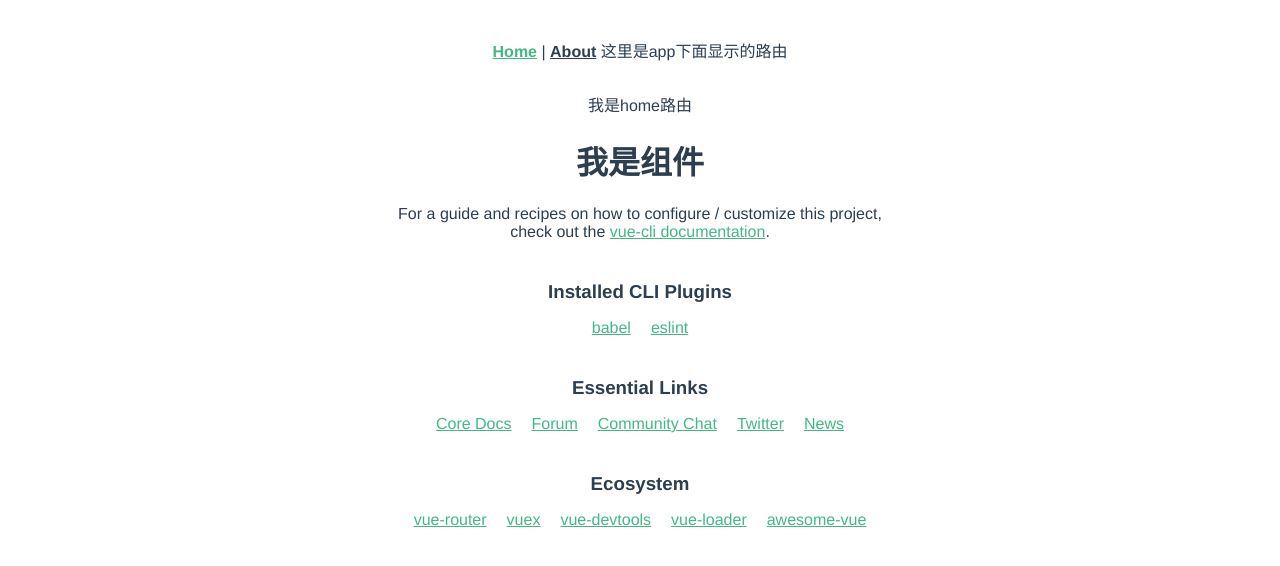
Repository: 12baby/project
Page: /
These files come from the project's save history. The page is drawn as it stood at one moment and after a run of saves; the edit follows.
The browser window is 1280 px wide. The pictures show the whole page.
The project was rebuilt for these pictures with package versions that can differ from the ones it lists, and the page was loaded fresh each time. Also part of the build but not shown: vue.config.js.

Above is the page before, as saved 2019-04-09 13:36:35.

### src/main.js
import Vue from "vue";
import App from "./App.vue";
import router from "./router";
import store from "./store";
import * as axios from "./common/Utils/Http";
Vue.config.productionTip = false;
Vue.prototype.axios = axios;
new Vue({
  router,
  store,
  render: h => h(App)
}).$mount("#app");

### src/App.vue
<template>
  <div id="app">
    <div id="nav">
      <router-link to="/">Home</router-link> |
      <router-link to="/about">About</router-link>
      这里是app下面显示的路由
    </div>
    <router-view />
  </div>
</template>

<style lang="less">
#app {
  font-family: "Avenir", Helvetica, Arial, sans-serif;
  -webkit-font-smoothing: antialiased;
  -moz-osx-font-smoothing: grayscale;
  text-align: center;
  color: #2c3e50;
}
#nav {
  padding: 30px;
  a {
    font-weight: bold;
    color: #2c3e50;
    &.router-link-exact-active {
      color: #42b983;
    }
  }
}
</style>

### src/common/Utils/Http.js
// 引用axios
import axios from "axios";


if (process.env.NODE_ENV == "production") {
  axios.defaults.baseURL = "../";
} else {
  axios.defaults.baseURL = "/api";
}

axios.interceptors.request.use(
  config => {
    // 包装请求参数
    let requestData = config.data;
    config.data = JSON.stringify(requestData);
    // console.log("request data:", config.url, config.data)
    setHeader(config);
    return config;
  },
  err => {
    return Promise.reject(err);
  }
);

/**
 * 设置header信息
 * @param config
 */
function setHeader(config) {
  let time = new Date().getTime();
  // let token = getToken();
  let token = '702_2c9d6246dfdb97065811517fb509ffa5'
  config.headers["Content-Type"] = "application/json";
  config.headers["time"] = time;
  config.headers["token"] = token;
  config.headers["sign"] = sign;
}

/**
 * fetch 请求方法
 * @param url
 * @param params
 * @returns {Promise}
 */
export function fetch(url, params = {}) {
  return new Promise((resolve, reject) => {
    axios
      .get(url, {
        params: params
      })
      .then(response => {
        resolve(response.data);
      })
      .catch(err => {
        reject(err);
      });
  });
}

/**
 * post 请求方法
 * @param url
 * @param data
 * @returns {Promise}
 */
export function post(url, data = {}) {
  return new Promise((resolve, reject) => {
    axios.post(url, data).then(
      response => {
        resolve(response.data);
      },
      err => {
        reject(err);
      }
    );
  });
}

/**
 * patch 方法封装
 * @param url
 * @param data
 * @returns {Promise}
 */
export function patch(url, data = {}) {
  return new Promise((resolve, reject) => {
    axios.patch(url, data).then(
      response => {
        resolve(response.data);
      },
      err => {
        reject(err);
      }
    );
  });
}

/**
 * put 方法封装
 * @param url
 * @param data
 * @returns {Promise}
 */
export function put(url, data = {}) {
  return new Promise((resolve, reject) => {
    axios.put(url, data).then(
      response => {
        resolve(response.data);
      },
      err => {
        reject(err);
      }
    );
  });
}





/**
 * 设置storage
 * @param name
 * @param value
 */
export function setStorageItem(name, value) {
  if (value) {
    window.sessionStorage.setItem(name, JSON.stringify(value));
  }
}

/**
 * 获取storage
 * @param name
 * @param value
 */
export function getStorageItem(name) {
  let value = window.sessionStorage.getItem(name);
  return value == null ? '' : JSON.parse(value);
}

/**
 * 删除storage
 * @param name
 * @param value
 */
export function delStorageItem(name) {
  window.sessionStorage.removeItem(name);
}

/**
 * 清空storage
 * @param name
 * @param value
 */
export function clearStorage() {
  window.sessionStorage.clear();
}

/** *************************************************** 业务方法 ***************************************************/
/**
 * 设置用户
 * @returns {*}
 */
export function setUser(user) {
  return setStorageItem('user', user);
}
/**
 * 获取用户
 * @returns {*}
 */
export function getUser() {
  return getStorageItem('user');
}
/**
 * 设置用户token
 * @returns {*}
 */
export function setToken(token) {
  return setStorageItem('token', token);
}

/**
 * 获取用户token
 * @returns {*}
 */
export function getToken() {
  return getStorageItem('token');
}

### src/views/Home.vue
<template>
  <div class="home">
    我是home路由
    <HelloWorld msg="我是组件" />
  </div>
</template>

<script>
// @ is an alias to /src
import HelloWorld from "@/components/HelloWorld.vue";

export default {
  name: "home",
  components: {
    HelloWorld
  }
};
</script>

Loaded but not shown: public/index.html (common file); src/router.js (common file); src/store.js (common file); src/components/HelloWorld.vue (common file)

After the next 2 saves:
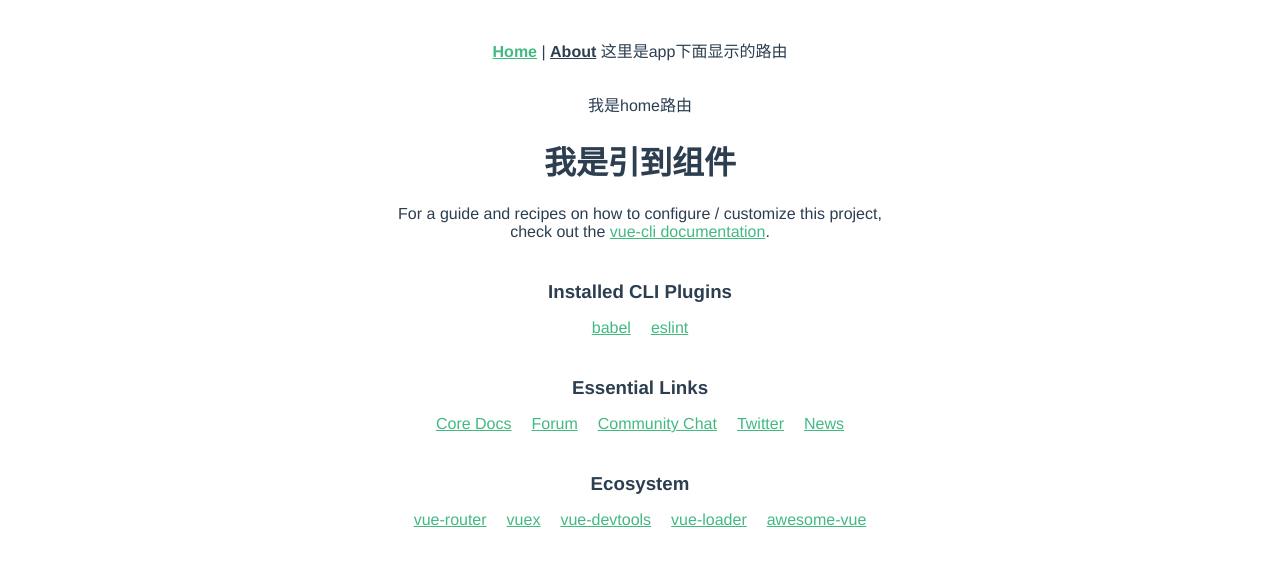
The 2 saves are shown as one change because they came seconds apart.
The last was saved 9 s later.
--- a/src/views/Home.vue
+++ b/src/views/Home.vue
@@ -1,7 +1,7 @@
 <template>
   <div class="home">
     我是home路由
-    <HelloWorld msg="我是组件" />
+    <HelloWorld msg="我是引到组件" />
   </div>
 </template>
 
